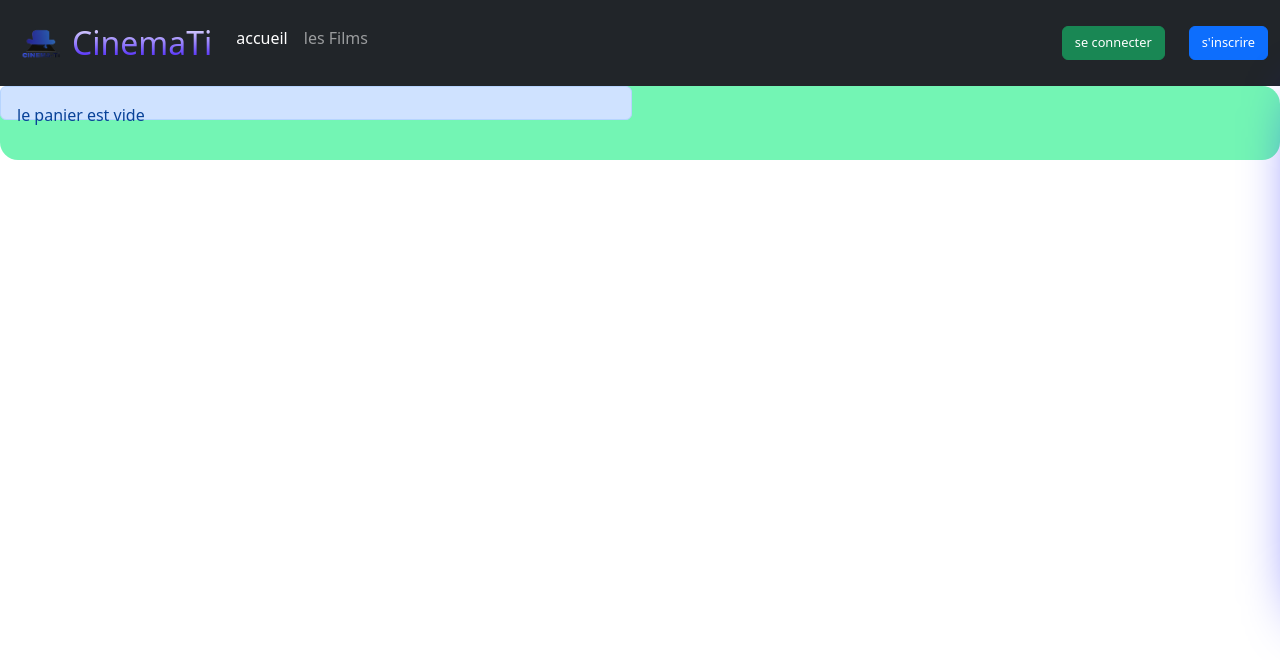
Repository: ahmed-rabah/cinemaMiniProject
Page: http://localhost/finaliserCommande.php
An editor plug-in stored every save of this project. The page is shown before and after the next save, followed by the edit.
The browser window is 1280 px wide. The pictures show the whole page.
The page is run by PHP 8.4 with error messages shown; the project is at /var/www/html/.

Above is the page before, as saved 2023-01-12 12:33:28.
Console error: TypeError: Cannot read properties of null (reading 'addEventListener')

After the next save:
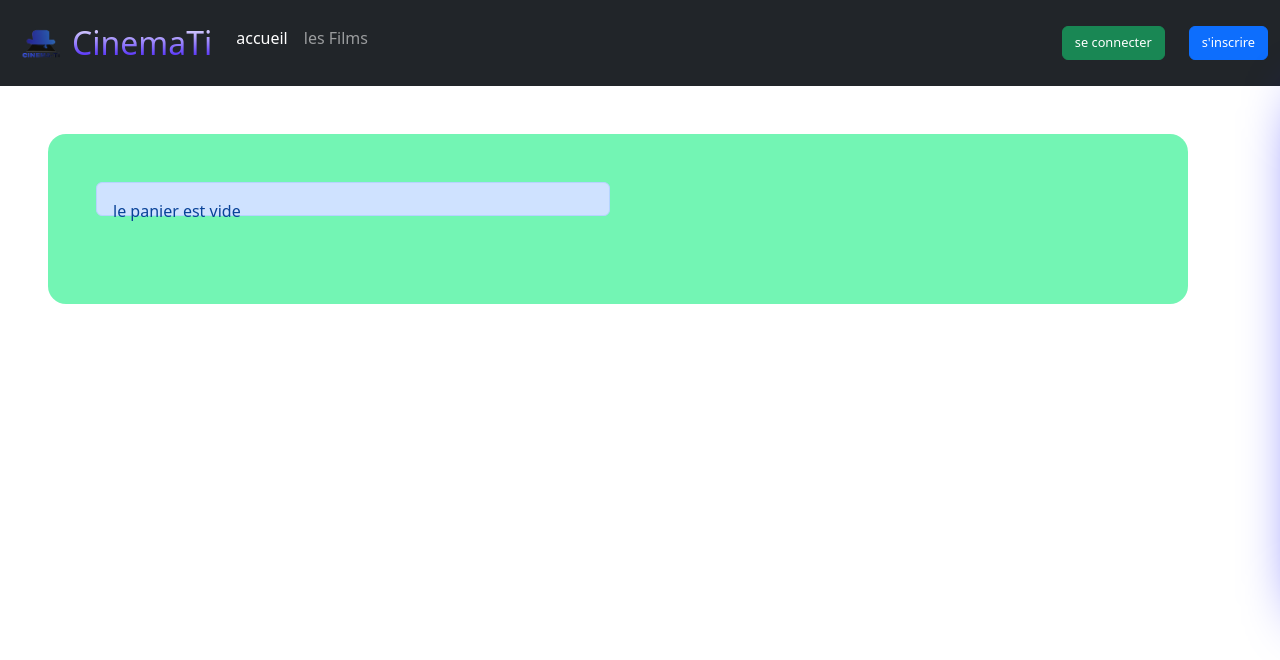
Saved 15 s later.
--- a/finaliserCommande.php
+++ b/finaliserCommande.php
@@ -23,7 +23,7 @@
         <?php include './header.php'; ?>
 
     </header>
-    <main style="background-color : rgb(115, 245, 180) ;border-radius: 18px;">
+    <main class="container">
         <section class="" id="cartContainer"></section>
     </main>
 
